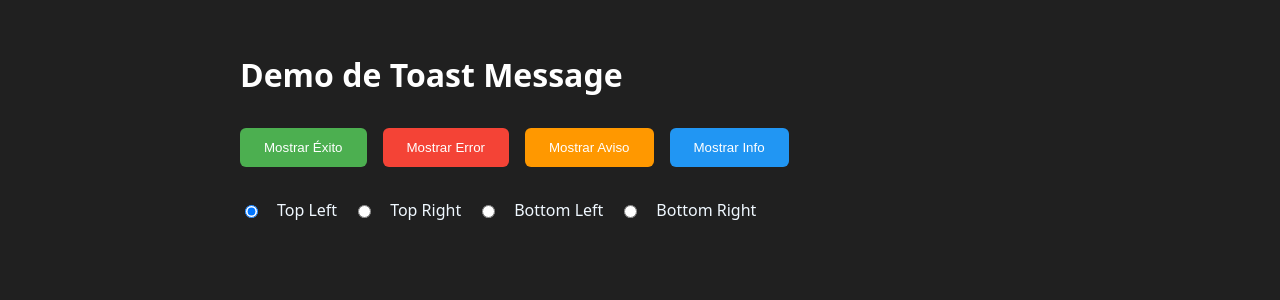
Repository: aitorcachero/aicadev-toast-message
Page: index.html
The author's editor kept a copy of each file at every save. The page is drawn from the files as they stood at one save, then again after the next save.
The browser window is 1280 px wide. The pictures show the whole page.

Above is the page before, as saved 2025-05-22 17:03:22.

After the next save:
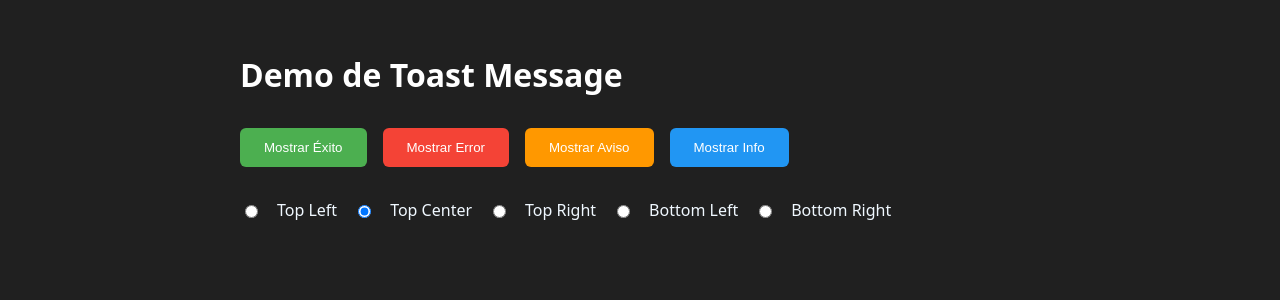
Saved 51 s later.
--- a/index.html
+++ b/index.html
@@ -84,12 +84,16 @@
   <div class="button-group" style="color: aliceblue;">
     <input type="radio" id="top-left" name="position" value="top-left" checked>
     <label for="top-left">Top Left</label>
+    <input type="radio" id="top-center" name="position" value="top-center" checked>
+    <label for="top-center">Top Center</label>
     <input type="radio" id="top-right" name="position" value="top-right">
     <label for="top-right">Top Right</label>
     <input type="radio" id="bottom-left" name="position" value="bottom-left">
     <label for="bottom-left">Bottom Left</label>
     <input type="radio" id="bottom-right" name="position" value="bottom-right">
     <label for="bottom-right">Bottom Right</label>
+
+
   </div>
 
 
